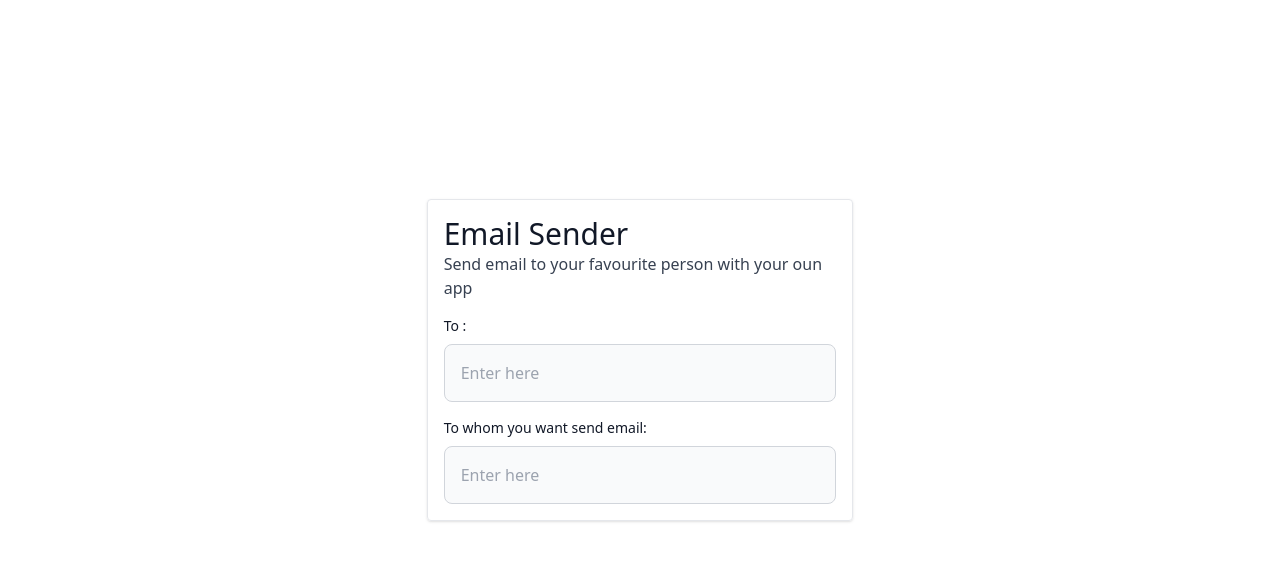
Repository: vikas-1234/EmailReactProject
Page: / (app in email-sender/)
An editor plug-in stored every save of this project. The page is shown before and after the next save, followed by the edit.
The browser window is 1280 px wide. The pictures show the whole page.
The project was rebuilt for these pictures with package versions that can differ from the ones it lists, and the page was loaded fresh each time. Also part of the build but not shown: email-sender/vite.config.js, email-sender/src/App.css.

Above is the page before, as saved 2024-04-20 14:55:23.

After the next save:
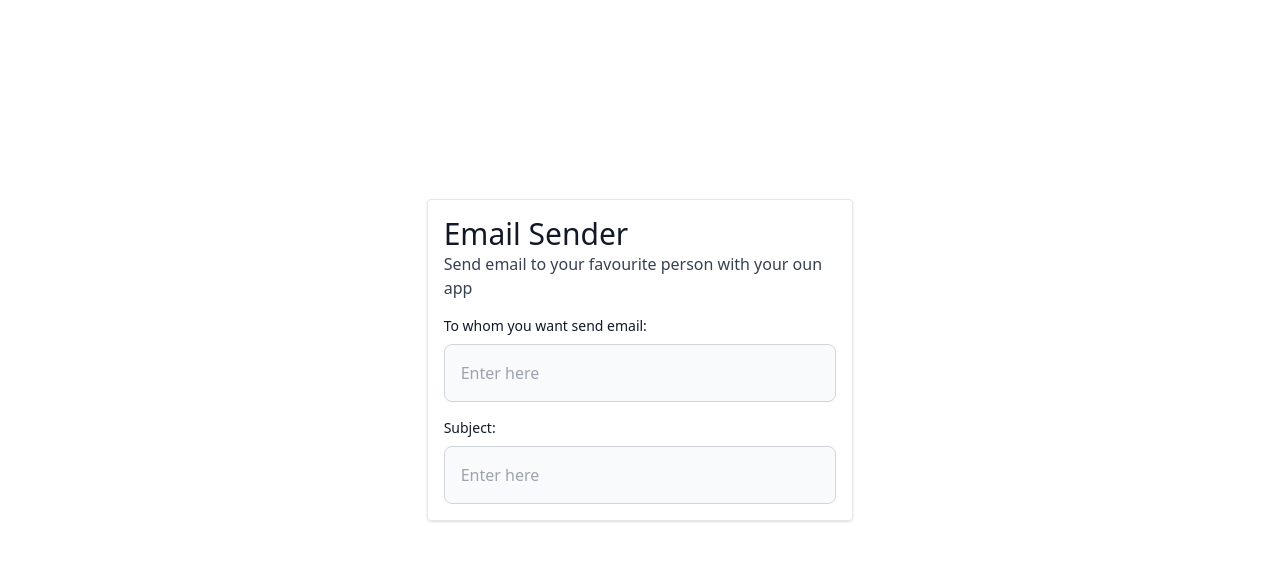
Saved 81 s later.
--- a/email-sender/src/components/EmailSender.jsx
+++ b/email-sender/src/components/EmailSender.jsx
@@ -18,15 +18,18 @@ function EmailSender() {
 {/* To Section */}
 
 <div className="input_field mt-4">
-<label for="large-input" class="block mb-2 text-sm font-medium text-gray-900 dark:text-white" >To :</label>
+<label for="large-input" class="block mb-2 text-sm font-medium text-gray-900 dark:text-white" >To whom you want send email:</label>
+<input type="text" placeholder="Enter here" id="large-input" class="block w-full p-4 text-gray-900 border border-gray-300 rounded-lg bg-gray-50 text-base focus:ring-blue-500 focus:border-blue-500 dark:bg-gray-700 dark:border-gray-600 dark:placeholder-gray-400 dark:text-white dark:focus:ring-blue-500 dark:focus:border-blue-500"></input>
+</div>
+{/* To Subject */}
+
+<div className="input_field mt-4">
+<label for="large-input" class="block mb-2 text-sm font-medium text-gray-900 dark:text-white" >Subject:</label>
 <input type="text" placeholder="Enter here" id="large-input" class="block w-full p-4 text-gray-900 border border-gray-300 rounded-lg bg-gray-50 text-base focus:ring-blue-500 focus:border-blue-500 dark:bg-gray-700 dark:border-gray-600 dark:placeholder-gray-400 dark:text-white dark:focus:ring-blue-500 dark:focus:border-blue-500"></input>
 </div>
 
 
-<div className="input_field mt-4">
-<label for="large-input" class="block mb-2 text-sm font-medium text-gray-900 dark:text-white" >To whom you want send email:</label>
-<input type="text" placeholder="Enter here" id="large-input" class="block w-full p-4 text-gray-900 border border-gray-300 rounded-lg bg-gray-50 text-base focus:ring-blue-500 focus:border-blue-500 dark:bg-gray-700 dark:border-gray-600 dark:placeholder-gray-400 dark:text-white dark:focus:ring-blue-500 dark:focus:border-blue-500"></input>
-</div>
+
 
 </form>
 
